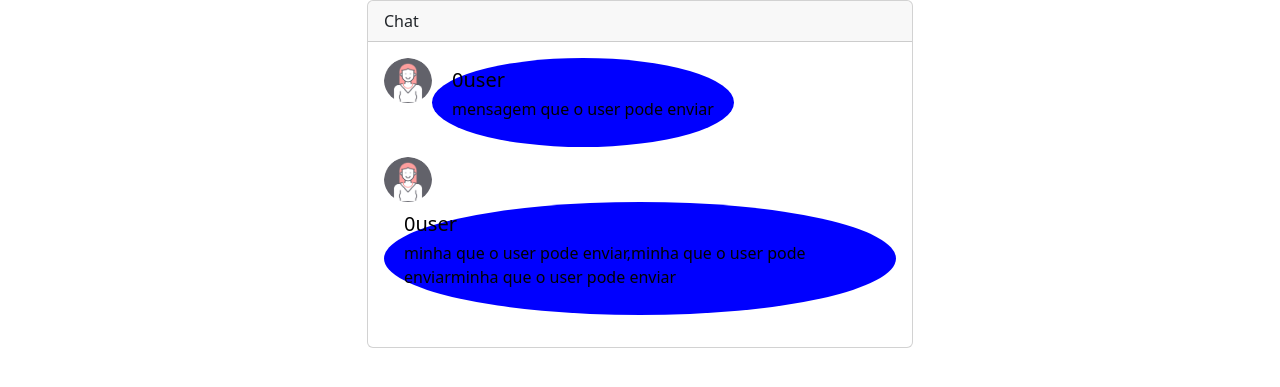
Repository: joaobatistafrontend/pref
Page: templates/chat_meninas copy.html
An editor plug-in stored every save of this project. The page is shown before and after a run of saves, followed by the edit.
The browser window is 1280 px wide. The pictures show the whole page.
The page is served by the project's application, run on Django 4.2 (manage.py). The template is opened directly, without the code that normally fills it, so the values that code supplies are empty.

Above is the page before, as saved 2024-07-29 16:49:24.

After the next 8 saves:
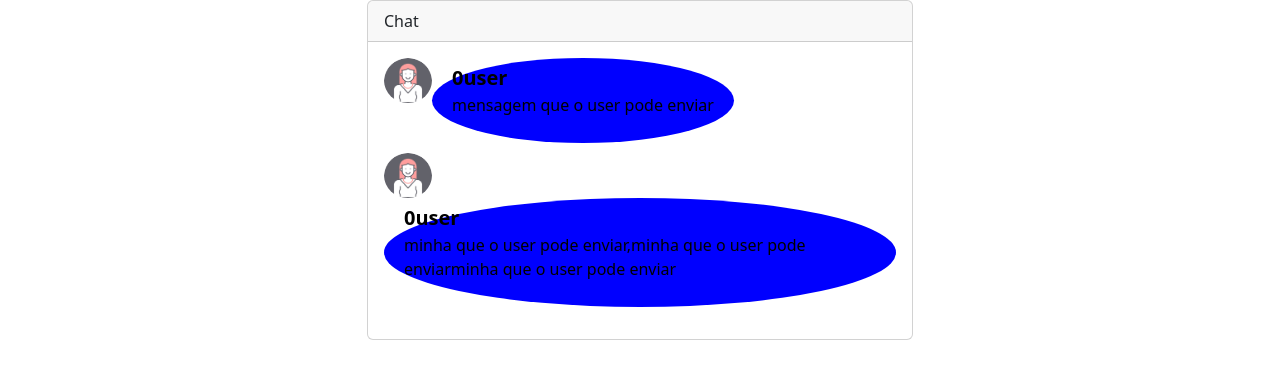
The 8 saves are shown as one change because they came seconds apart.
The last was saved 65 s later.
--- a/templates/chatMulher.css
+++ b/templates/chatMulher.css
@@ -32,4 +32,6 @@
 }
 .chat-list .cha-message h5{
     margin: 0 0 5px 0;
+    font-weight: 600;
+    line-height: 100%;
 }
